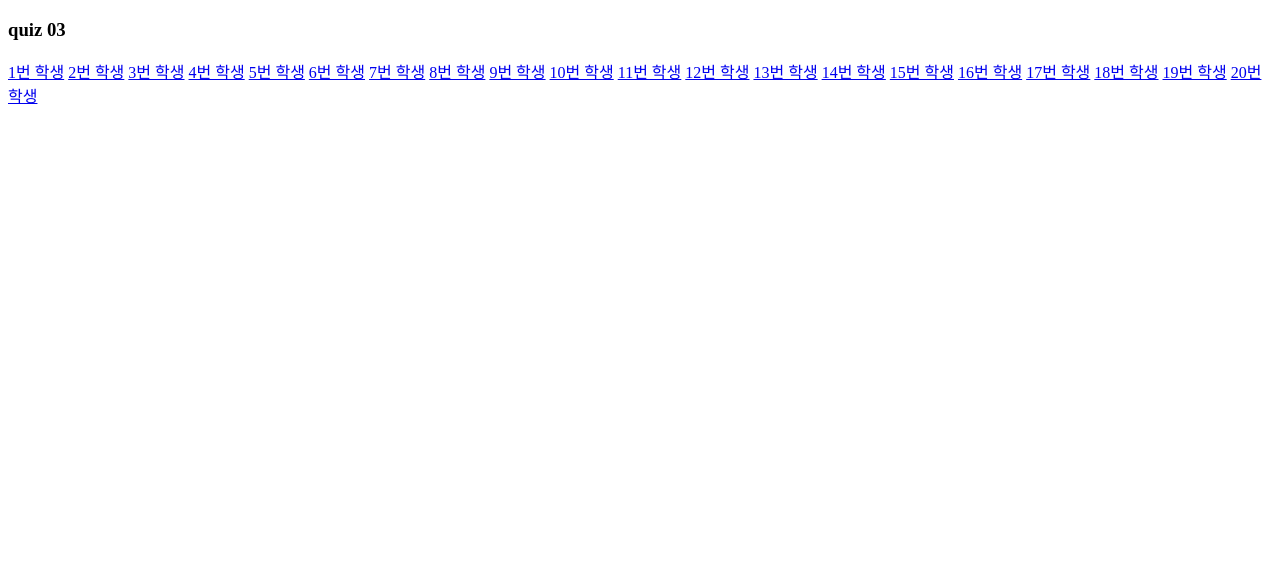
Repository: Muji1412/JSPstudy
Page: http://localhost/JSPbasic/request/quiz03_ok.jsp
An editor plug-in stored every save of this project. The page is shown before and after the next save, followed by the edit.
The browser window is 1280 px wide. The pictures show the whole page.
The page is served by Tomcat 9. Other server files are loaded and not shown.

Above is the page before, as saved 2025-02-20 02:40:25.

### workspace/JSPbasic/src/main/webapp/request/quiz03_ok.jsp
<%@ page language="java" contentType="text/html; charset=UTF-8"
    pageEncoding="UTF-8"%>
<!DOCTYPE html>
<html>
<head>
<meta charset="UTF-8">
<title>Insert title here</title>
</head>
<body>
	<form action="quiz_ok.jsp">
		<h3>quiz 03</h3>

		<%for (int i = 1; i< 21; i++) {%>
		<a href ="quiz_ok.jsp"><%=i%>번 학생</a>
		<%}%>


	</form>
</body>
</html>

After the next save:
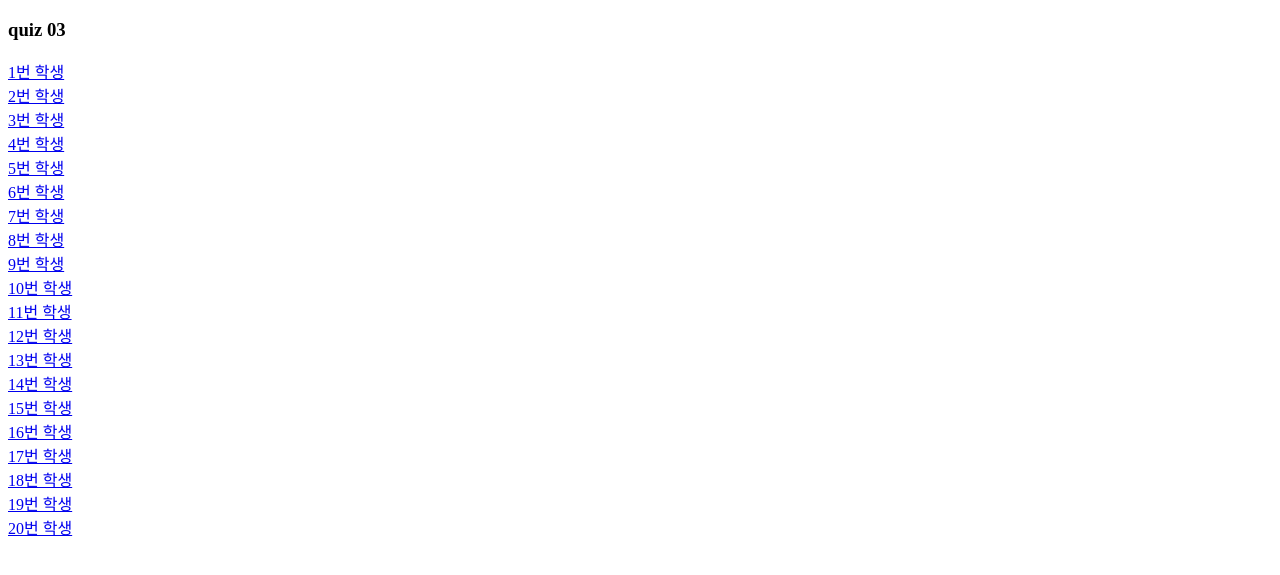
Saved 4 s later.
--- a/workspace/JSPbasic/src/main/webapp/request/quiz03_ok.jsp
+++ b/workspace/JSPbasic/src/main/webapp/request/quiz03_ok.jsp
@@ -11,7 +11,7 @@
 		<h3>quiz 03</h3>
 
 		<%for (int i = 1; i< 21; i++) {%>
-		<a href ="quiz_ok.jsp"><%=i%>번 학생</a>
+		<a href ="quiz_ok.jsp"><%=i%>번 학생</a><br>
 		<%}%>
 
 
